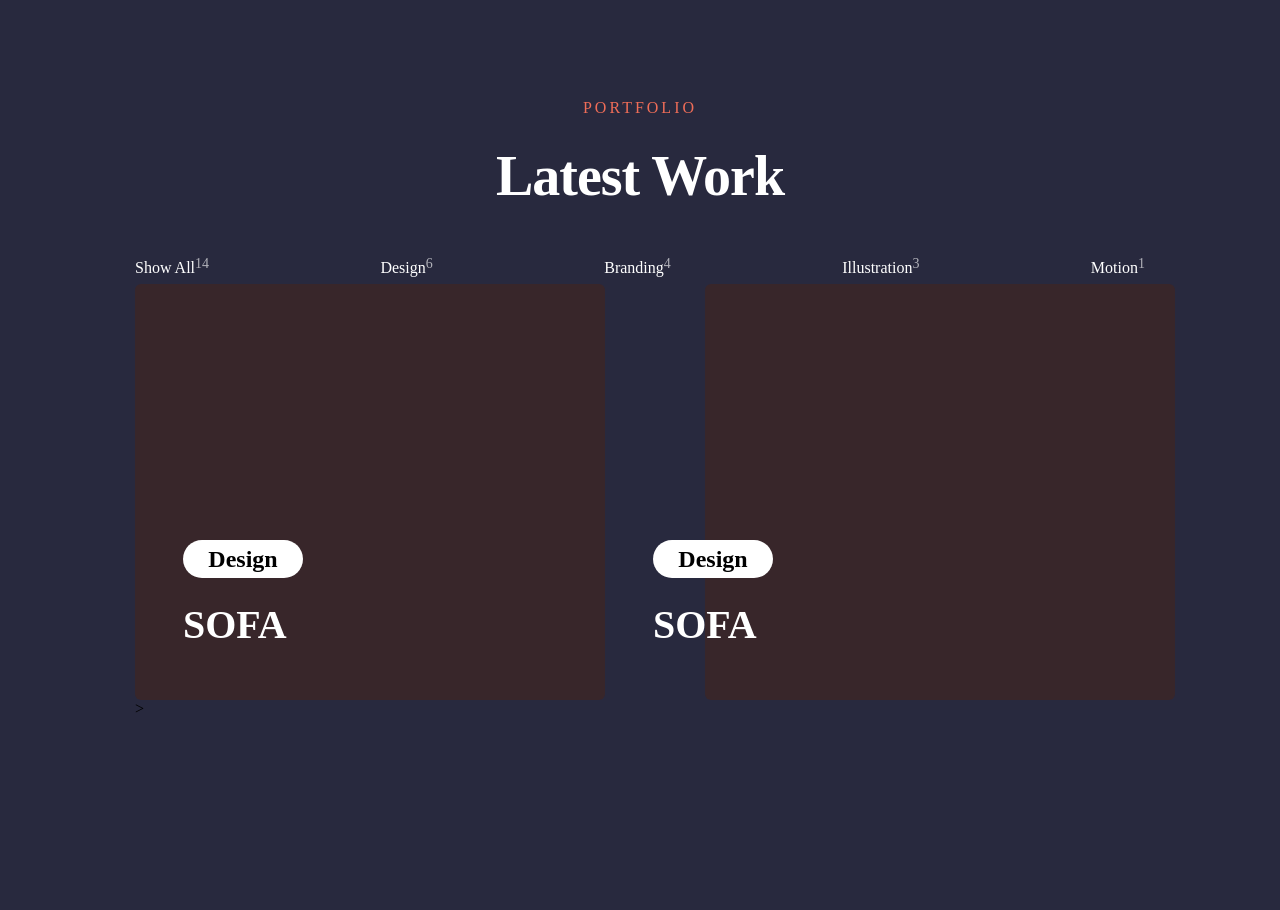
Repository: kubrazamanova/Position-3
Page: index.html
These files come from the project's save history. The page is drawn as it stood at one moment and after the next save; the edit follows.
The browser window is 1280 px wide. The pictures show the whole page.

Above is the page before, as saved 2023-10-21 11:12:33.

### index.html
<!DOCTYPE html>
<html lang="en">
  <head>
    <meta charset="UTF-8" />
    <meta name="viewport" content="width=device-width, initial-scale=1.0" />
    <link rel="stylesheet" href="index.css" />
    <title>Document</title>
  </head>
  <body>
    <div class="container">
      <div class="box-1">
        <h1>Portfolio</h1>
        <b>Latest Work</b>
      </div>

      <div class="number">
        <ul>
          <li>
            <p>Show All</p>
            <b>14</b>
          </li>

          <li>
            <p>Design</p>
            <b>6</b>
          </li>

          <li>
            <p>Branding</p>
            <b>4</b>
          </li>

          <li>
            <p>Illustration</p>
            <b>3</b>
          </li>

          <li>
            <p>Motion</p>
            <b>1</b>
          </li>
        </ul>
      </div>

<div class="image-container">
  <div class="box-1-container">
    <div class="box box-one">
      <img src="./image/01.svg" alt="" />
      <h2 class="design">Design</h2>
      <b>SOFA</b>
    </div>

    <div class="box box-two">
      <img src="./image/01.svg" alt="" />
      <h2 class="design">Design</h2>
      <b>SOFA</b>
    </div>


  </div>
  <div class="box-2-container">

  </div>
</div>



>
<!--
      <div class="bej-square">
        <img src="./image/02.svg" alt="" />
        <h2>Illustration</h2>

        <div class="bej-01">
          <b>Work Media</b>
        </div>
      </div> -->
    </div>
  </body>
</html>

### index.css
* {
  margin: 0;
  padding: 0;
  box-sizing: border-box;
}

.container {
  padding: 92px 135px 192px 135px;
  min-height: 100vh;
  background: #28293e;
}
.container .box-1 {
  display: flex;
  flex-direction: column;
}

.container .box-1 h1 {
  margin-bottom: 20px;
  color: var(--Text_Light_Accent, #ef6d58);
  text-align: center;
  font-family: Epilogue;
  font-size: 16px;
  font-style: normal;
  font-weight: 400;
  line-height: 32px;
  letter-spacing: 3px;
  text-transform: uppercase;
}

.container .box-1 b {
  color: var(--Text_Light, #fff);
  text-align: center;
  font-feature-settings: "clig" off, "liga" off;
  font-family: Epilogue;
  font-size: 56px;
  font-style: normal;
  font-weight: 800;
  line-height: 64px;
  letter-spacing: -1px;
}

.container .number ul {
  position: relative;
}
.container ul {
  margin-top: 44px;
  display: flex;
  justify-content: space-between;
}

.container ul li {
  display: flex;
  list-style-type: none;
}

.container ul li p {
  color: var(--Text_Light, #fff);
  font-feature-settings: "clig" off, "liga" off;
  font-family: Epilogue;
  font-size: 16px;
  font-style: normal;
  font-weight: 400;
  line-height: 32px;
}

.container ul li b {
  color: var(--Text_Light_Gray, rgba(255, 255, 255, 0.64));
  text-align: center;
  font-feature-settings: "clig" off, "liga" off;
  font-family: Epilogue;
  font-size: 14px;
  font-style: normal;
  font-weight: 400;
  line-height: 24px;
}





.box-33 {
  position: relative;
}

.bej-square {
  position: relative;
  top: 30px;
}

.bej-square h2 {
  width: 116px;
  height: 38px;
  border-radius: 19px;
  background: #fff;
  color: var(--Text_Dark, #391400);
  font-feature-settings: "clig" off, "liga" off;
  font-family: Epilogue;
  font-size: 16px;
  font-style: normal;
  font-weight: 400;
  line-height: 32px;
  display: flex;
  justify-content: center;
  position: absolute;
  bottom: 150px;
  left: 48px;
}

.bej-square .bej-01 b {
  color: var(--Text_Light, #fff);
  font-feature-settings: "clig" off, "liga" off;
  font-family: Epilogue;
  font-size: 40px;
  font-style: normal;
  font-weight: 800;
  line-height: 48px;
  position: relative;
  bottom: 70px;
  left: 48px;
}

.box-one{
  width: 470px;
height: 416px;
position: relative;
}
.box-one img{
  width: 470px;
height: 416px;
}

.box-two{
  width: 670px;
  height: 416px;
position: relative;
}
.box-two img{
  width: 670px;
  height: 416px
}
.container .box h2 {
  position: absolute;
  bottom: 122px;
  left: 48px;

  width: 120px;
  height: 38px;
  border-radius: 25px;
  background: #fff;
  display: flex;
  justify-content: center;
  align-items: center;
}
.container .box b {
  color: var(--Text_Light, #fff);
  font-feature-settings: "clig" off, "liga" off;
  font-family: Epilogue;
  font-size: 40px;
  font-style: normal;
  font-weight: 800;
  line-height: 48px;
  position: absolute;
  bottom: 51px;
  left: 48px;
}

.container .image-container .box-1-container{
  display: flex;
  justify-content: space-between;
}

After the next save:
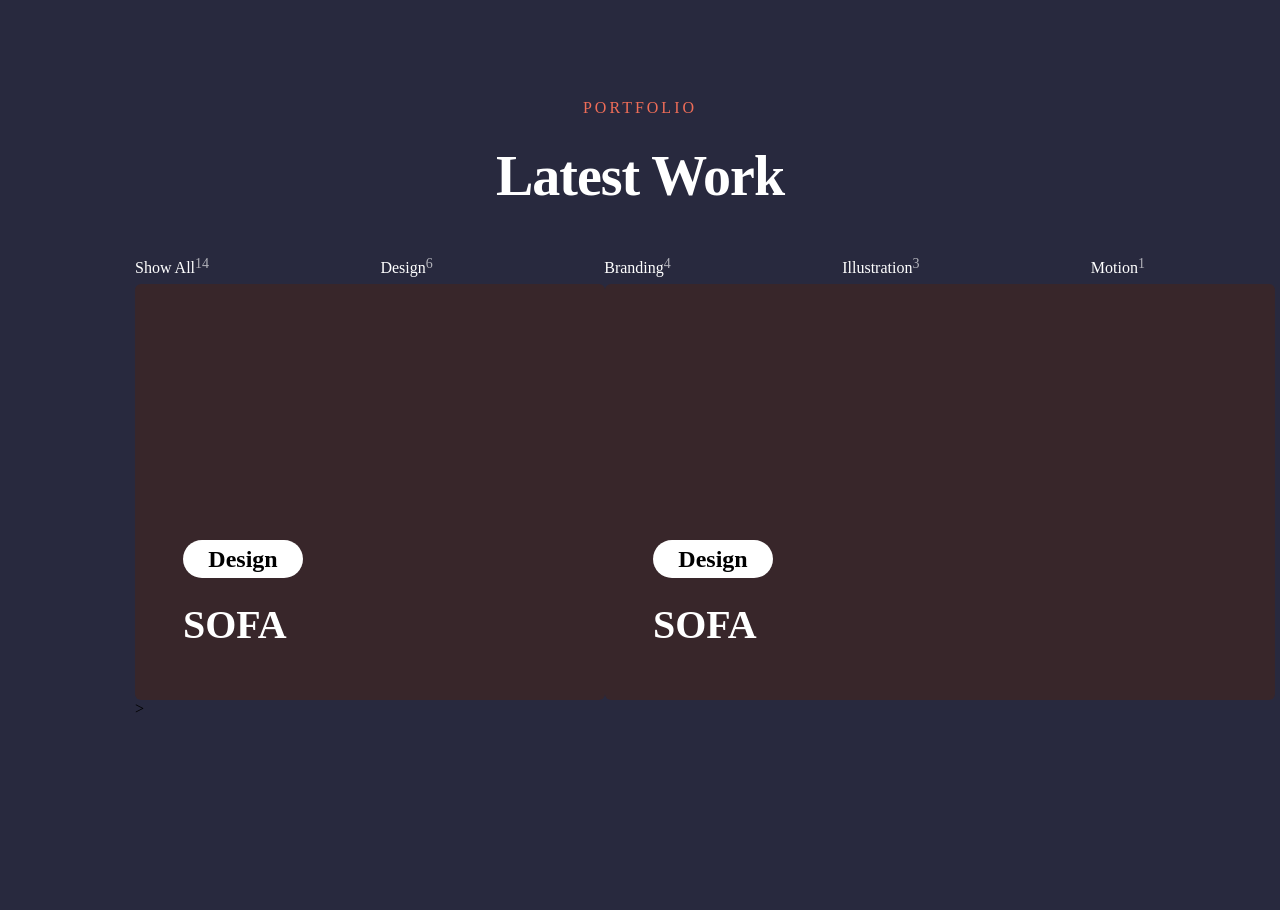
Saved 4 s later.
--- a/index.html
+++ b/index.html
@@ -51,7 +51,7 @@
     </div>
 
     <div class="box box-two">
-      <img src="./image/01.svg" alt="" />
+      <img src="./image/02.svg" alt="" />
       <h2 class="design">Design</h2>
       <b>SOFA</b>
     </div>
